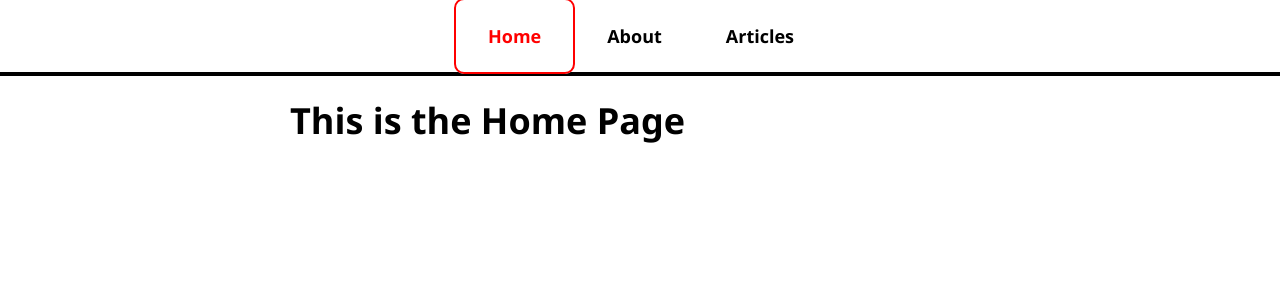
Repository: ShindanoSingi/full-stack-course
Page: / (app in my-blog/)
The author's editor kept a copy of each file at every save. The page is drawn from the files as they stood at one save, then again after the next save.
The browser window is 1280 px wide. The pictures show the whole page.
The project was rebuilt for these pictures with package versions that can differ from the ones it lists, and the page was loaded fresh each time. Also part of the build but not shown: my-blog/src/pages/About.js, my-blog/src/pages/ArticlePage.js, my-blog/src/pages/ArticlesListPage.js, my-blog/src/pages/NotFoundPage.js.

Above is the page before, as saved 2022-12-05 00:28:33.

### my-blog/src/index.js
import React from 'react';
import ReactDOM from 'react-dom/client';
import './index.css';
import App from './App';
import reportWebVitals from './reportWebVitals';
import { BrowserRouter } from 'react-router-dom';

const root = ReactDOM.createRoot(document.getElementById('root'));
root.render(
<React.StrictMode>
  <BrowserRouter>
  <App />
  </BrowserRouter>
  </React.StrictMode>

);

// If you want to start measuring performance in your app, pass a function
// to log results (for example: reportWebVitals(console.log))
// or send to an analytics endpoint. Learn more: https://bit.ly/CRA-vitals
reportWebVitals();

### my-blog/src/App.js
import { BrowserRouter, createBrowserRouter } from "react-router-dom";
import "./App.css";
import { Routes, Route } from "react-router-dom";
import About from "./pages/About";
import ArticlePage from "./pages/ArticlePage";
import ArticlesListPage from "./pages/ArticlesListPage";
import HomePage from "./pages/HomePage";
import NotFoundPage from "./pages/NotFoundPage";
import NavBar from "./NavBar";


function App() {
      return (
            <div className="App">
            <NavBar/>
                  <div id="page-body">
                        <Routes>
                              <Route path="/" element={<HomePage />} />
                              <Route path="about" element={<About />} />
                              <Route
                                    path="articles"
                                    element={<ArticlesListPage />}
                              />
                              <Route
                                    path="articles/:articleId"
                                    element={<ArticlePage />}
                              />
                              <Route path="notFound" element={<NotFoundPage />} />
                        </Routes>
                  </div>
            </div>
      );
}

export default App;

### my-blog/src/App.css
body {
  font-family: 'Segoe UI', Tahoma, Geneva, Verdana, sans-serif;
  font-size: 18px;
}

button {
  padding: 16px;
  font-family: 'Segoe UI', Tahoma, Geneva, Verdana, sans-serif;
  font-size: 16px;
  background-color: black;
  color: white;
  border-radius: 8px;
  cursor: pointer;
}

h3, h4 {
  margin-bottom: 0;
}

nav {
  border-bottom: 4px solid black;
  text-align: center;
  position: fixed;
  top: 0;
  width: 100%;
  background: white;
}

nav ul {
  list-style-type: none;
  margin: 0;
  padding: 0;
}

nav li {
  display: inline-block;
  padding-top: 24px;
  padding-bottom: 24px;
}

nav a {
  text-decoration: none;
  color: black;
  font-weight: bold;
  padding: 24px 32px;
}

nav a:hover {
  background: black;
  color: white;
}

.nav-active{
  background: white;
  height: 20px;
  color: red;
  border: 2px solid red;
  border-radius: 10px;
}

#page-body {
  max-width: 700px;
  margin: auto;
  padding-top: 72px;
}

.article-list-item {
  text-decoration: none;
  color: black;
  padding: 16px 0 0 0;
}

.article-list-item p {
  padding-bottom: 32px;
  border-bottom: 2px solid black;
}

#add-comment-form {
  border-bottom: 2px solid black;
  padding: 16px;
}

#add-comment-form h3 {
  margin-bottom: 16px;
}

input, textarea {
  display: block;
  width: 300px;
  padding: 8px;
  border-radius: 8px;
  font-family: 'Segoe UI', Tahoma, Geneva, Verdana, sans-serif;
  font-size: 18px;
  border: 2px solid black;
  margin-bottom: 16px;
}

.error {
  padding: 8px;
  border-radius: 4px;
  background-color: pink;
}

#add-comment-form button {
  width: 320px;
}

#upvotes-section button, p {
  display: inline-block;
  margin-right: 16px;
}

.comment {
  border-bottom: 2px solid black;
  padding: 16px;
}

.nav-right {
  position: absolute;
  top: 8px;
  right: 8px;
}

### my-blog/src/pages/HomePage.js
const HomePage = () => {
      return(
            <h1>This is the Home Page</h1>
      )
}
export default HomePage;

### my-blog/src/NavBar.js
import React from "react";
import { Link, NavLink } from "react-router-dom";

function NavBar() {

	const getClass = ({isActive}) => isActive ? 'nav-active' : null

      return (
            <nav>
                  <ul>
                        <NavLink to="/" className={getClass}>
                              <li>Home</li>
                        </NavLink>
                        <Link to="/about">
                              <li>About</li>
                        </Link>
                        <Link to="/articles">
                              <li>Articles</li>
                        </Link>
                  </ul>
            </nav>
      );
}

export default NavBar;

Loaded but not shown: my-blog/public/index.html (common file); my-blog/src/index.css (common file); my-blog/src/reportWebVitals.js (common file)

After the next save:
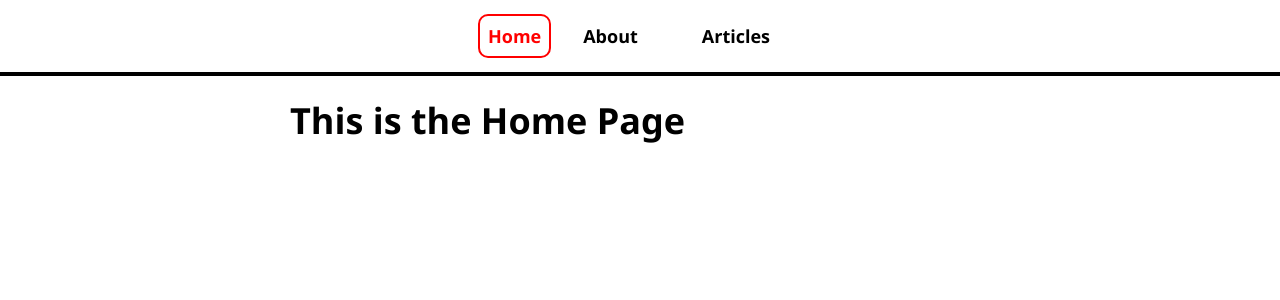
Saved 32 s later.
--- a/my-blog/src/App.css
+++ b/my-blog/src/App.css
@@ -55,6 +55,7 @@ nav a:hover {
   height: 20px;
   color: red;
   border: 2px solid red;
+  padding: 8px;
   border-radius: 10px;
 }
 
